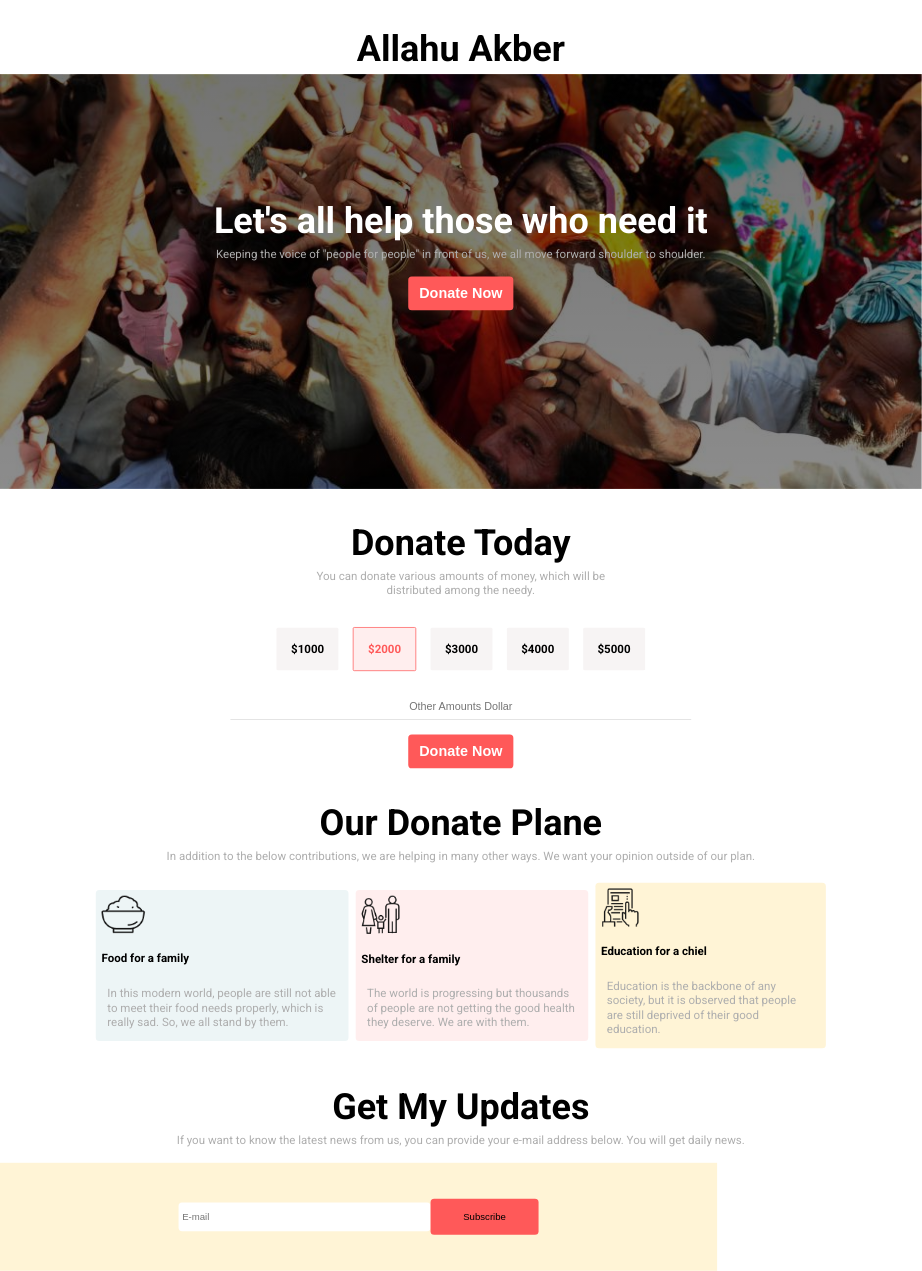
Repository: zjria/suppert-the-helpness
Page: index.html
These files come from the project's save history. The page is drawn as it stood at one moment and after the next save; the edit follows.
The browser window is 1280 px wide. The pictures show the whole page, at 72% of full size.

Above is the page before, as saved 2022-08-27 07:48:15.

### index.html
<!DOCTYPE html>
<html lang="en">

<head>
    <meta charset="UTF-8">
    <meta http-equiv="X-UA-Compatible" content="IE=edge">
    <meta name="viewport" content="width=device-width, initial-scale=1.0">
    <title>Support the helpless</title>
    <!-- Google Fonts -->
    <link rel="preconnect" href="https://fonts.googleapis.com">
    <link rel="preconnect" href="https://fonts.gstatic.com" crossorigin>
    <link href="https://fonts.googleapis.com/css2?family=Roboto:wght@100;300;400;500;700;900&display=swap"
        rel="stylesheet">
    <!-- Custom CSS -->
    <link rel="stylesheet" href="style.css">
</head>

<body>
    <h1>Allahu Akber</h1>
    <!-- Header Section -->
    <section class="header_section">
        <div class="header-text">
            <h1>Let's all help those who need it</h1>
            <p>Keeping the voice of "people for people" in front of us, we all move forward shoulder to shoulder.</p>
            <button class="button-style">Donate Now</button>
        </div>
    </section>
    <!-- Donate today Section -->
    <section class="donate-today">
        <h1>Donate Today</h1>
        <p>You can donate various amounts of money, which will be <br> distributed among the needy.</p>
        <div class="amounts">
            <div class="dollar">$1000</div>
            <div class="dollar" id="second">$2000</div>
            <div class="dollar">$3000</div>
            <div class="dollar">$4000</div>
            <div class="dollar">$5000</div>
        </div>
        <div class="input-field">
            <input type="text" placeholder="Other Amounts Dollar">
            <div class="line-style">
            </div>
            <button class="button-style">Donate Now</button>
        </div>
    </section>
    <!-- Our Donate Plane Section -->
    <section class="donate-lane">
        <h1>Our Donate Plane</h1>
        <p>In addition to the below contributions, we are helping in many other ways. We want your opinion outside of
            our plan.</p>

        <div class="our-plan">
            <div class="plane" id="plane-one">
                <img src="images/food.png" alt="">
                <h4>Food for a family</h4>
                <p>In this modern world, people are still not able to meet their food needs properly, which is really
                    sad. So, we all stand by them.
                </p>
            </div>
            <div class="plane" id="plane-tow">
                <img src="images/shelter.png" alt="">
                <h4>Shelter for a family</h4>
                <p>The world is progressing but thousands of people are not getting the good health they deserve. We are
                    with them.
                </p>
            </div>
            <div class="plane" id="plane-three">
                <img src="images/Frame-1.png" alt="">
                <h4>Education for a chiel</h4>
                <p>Education is the backbone of any society, but it is observed that people are still deprived of their
                    good education.
                </p>
            </div>
        </div>

    </section>
    <!-- Get my updates -->
    <section class="updates">
        <h1>Get My Updates</h1>
        <p>If you want to know the latest news from us, you can provide your e-mail address below. You will get daily
            news.</p>

        <form class="color box">
            <input class="input-email" type="email" id="email" pattern=".+@globex\.com" size="30" required
                placeholder="E-mail">

            <input class="input-submit" type="submit" name="" value="Subscribe">
        </form>

    </section>
</body>

</html>

### style.css
body {
    font-family: 'Roboto', sans-serif;
    margin: 0%;
    padding: 0%;
}

/* Header Section */
.header_section {
    background-image: linear-gradient(rgb(0, 0, 0, 0.55), rgb(0, 0, 0, 0.45)), url(images/header.jpg);
    background-position: center;
    background-size: cover;
    width: 100%;
    height: 80vh;
    color: white;
}

.header-text {
    margin: auto;
    justify-content: center;
    align-items: center;
    padding-top: 10%;
}

h1 {
    font-size: 50px;
    padding: 5px;
    margin-bottom: 1px;
    text-align: center;

}

p {
    font-size: 16px;
    padding: 2px;
    margin: 0px 0px 20px 0px;
    font: bolder;
    text-align: center;
    color: #aeaeae;
}

.button-style {
    font-size: 20px;
    padding: 12px 15px;
    background-color: #ff5959;
    color: white;
    border-radius: 5px;
    border: none;
    font-weight: 700;
    text-align: center;
    align-items: center;
    justify-content: center;
    margin: 0 auto;
    display: flex;
}


/* donate-today */
.amounts {
    display: flex;
    margin: auto;
    align-items: center;
    text-align: center;
    justify-content: center;
}

.dollar {
    padding: 20px;
    background: rgb(247, 244, 244);
    margin: 20px 10px 30px 10px;
    border-radius: 2px;
    font-weight: bold;
}

.dollar#second {
    border: 1px solid #ff5959;
    background: #ffeeee;
    transition: none;
    transform: none;
    color: #ff5959;
    font-weight: bold;
}

.input-field input {
    text-align: center;
    align-items: center;
    margin: 0 auto;
    display: flex;
    border: 0;
    padding: 10px 15px;
    width: 50%;
    font-size: 15px;
}

.input-field .line-style {
    width: 50%;
    text-align: center;
    align-items: center;
    margin: 0 auto;
    content: '';
    background-color: #dadada;
    color: #dadada;
    height: 1px;
    margin-bottom: 20px;
}

.our-plan {
    display: flex;
    width: 80%;
    text-align: center;
    justify-content: center;
    margin: 0 auto;
    align-items: center;

}

.plane,
.plane p {
    margin: 5px;
    text-align: start;
    padding: 8px;
    border-radius: 5px;
}

.plane p {
    margin: 0px;
    line-height: 20px;
}

.plane#plane-one {
    background-color: #edf5f6;
}

.plane#plane-tow {
    background-color: #ffeeee;
}

.plane#plane-three {
    background-color: #fff4d6;
}

.updates {
    margin: 20px 0px;
}

.color {
    background-color: #fff4d6;
    width: 70%;
    padding: 50px;
    text-align: center;
    justify-content: center;
    align-items: center;
    display: flex;
    margin: 0 auto;
}

.box {
    position: absolute;
}

.input-email {
    background: #fff;
    width: 340px;
    height: 30px;
    border: none;
    outline: none;
    padding: 5px;
    border-radius: 5px;
}

.input-submit {
    position: relative;
    width: 150px;
    height: 50px;
    border: none;
    outline: none;
    padding: 5px;
    border-radius: 5px;
    cursor: pointer;
    background-color: #ff5959;
}

After the next save:
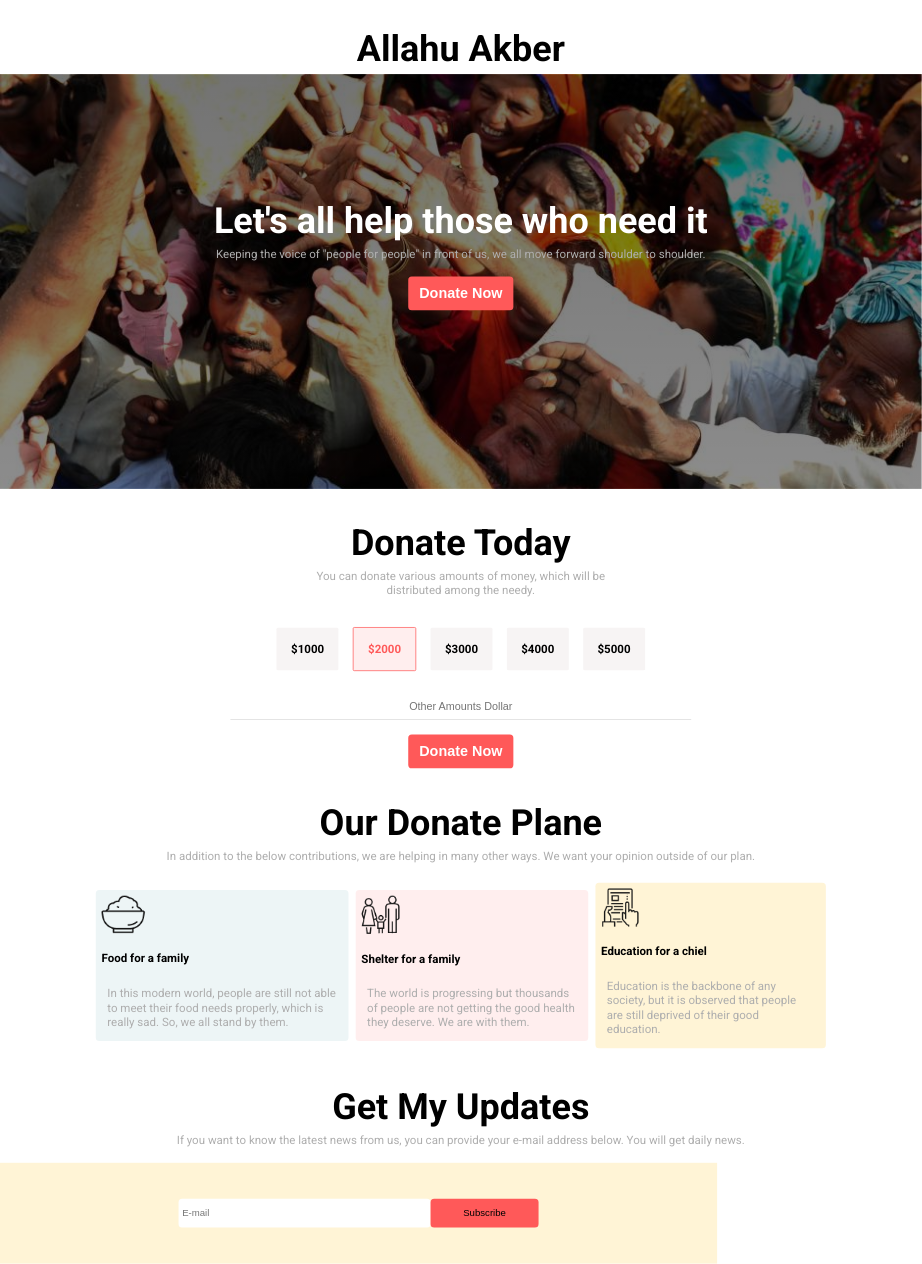
Saved 13 s later.
--- a/style.css
+++ b/style.css
@@ -170,7 +170,7 @@ p {
 .input-submit {
     position: relative;
     width: 150px;
-    height: 50px;
+    height: 40px;
     border: none;
     outline: none;
     padding: 5px;
